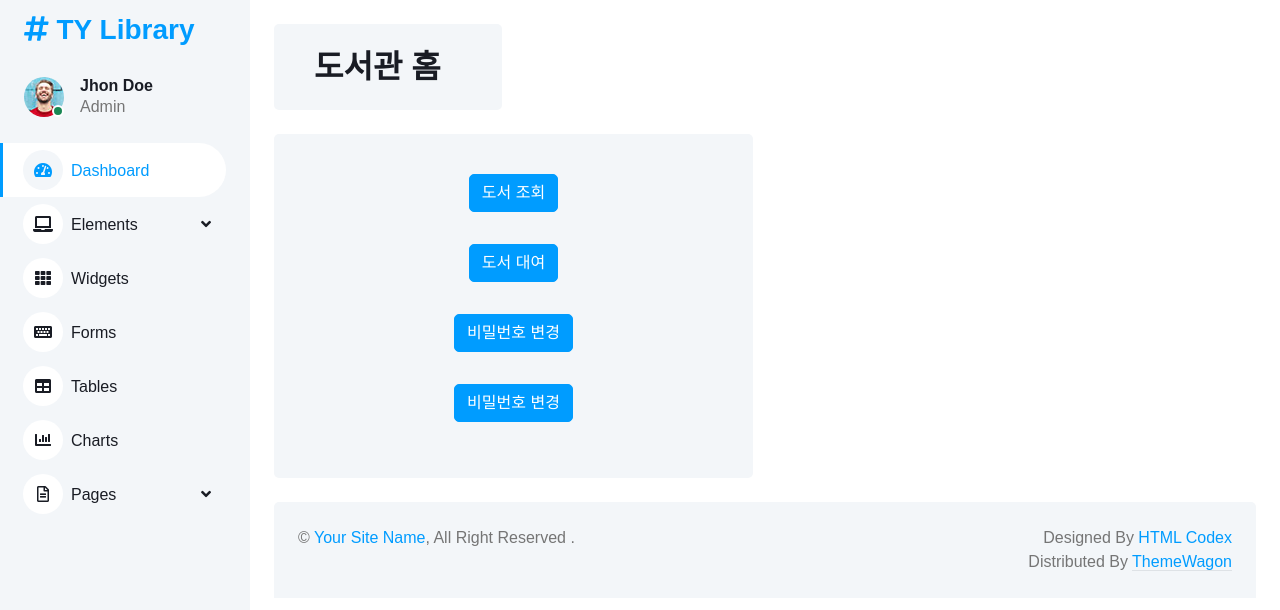
Repository: maryong2/myfirstgitproject
Page: http://localhost/library/WEB-INF/views/admin/user-home.jsp
The author's editor kept a copy of each file at every save. The page is drawn from the files as they stood at one save, then again after the next save.
The browser window is 1280 px wide. The pictures show the whole page.
Some web fonts or font styles are not loaded; a fallback is used. Some web libraries are served in a nearby version. The page is served by Tomcat 9. Nobody is signed in. The template is opened directly, without the code that normally fills it, so the values that code supplies are empty.

Above is the page before, as saved 2023-11-27 02:17:23.
Console error: TypeError: Cannot read properties of undefined (reading 'getContext')

After the next save:
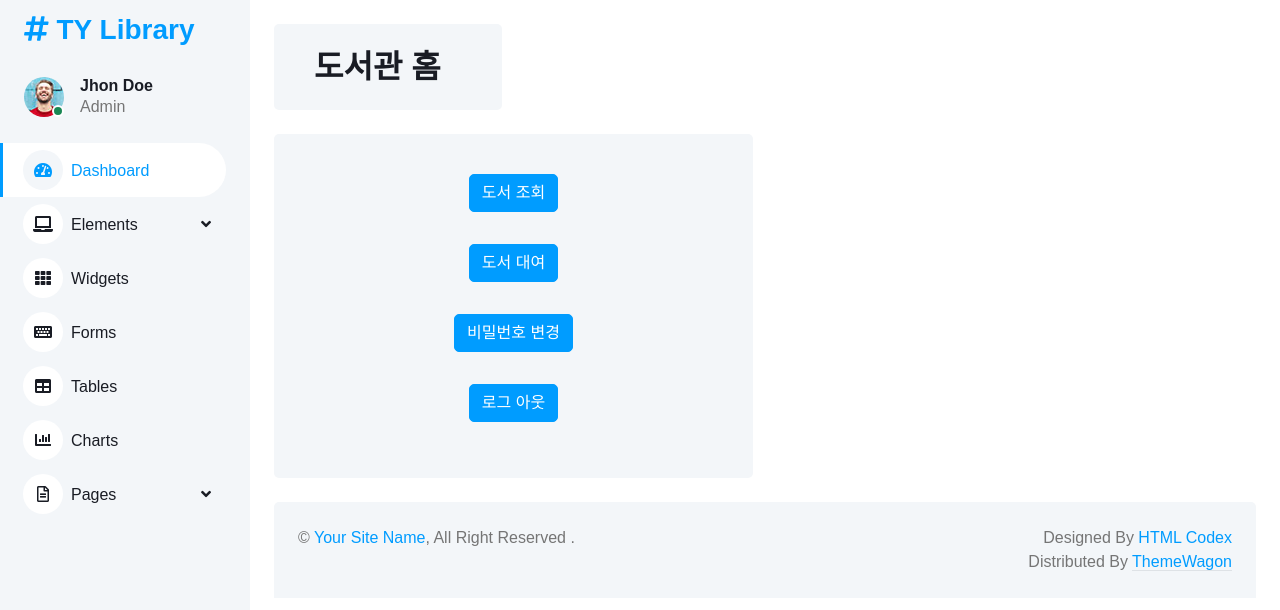
Saved 45 s later.
--- a/library/src/main/webapp/WEB-INF/views/admin/user-home.jsp
+++ b/library/src/main/webapp/WEB-INF/views/admin/user-home.jsp
@@ -176,7 +176,7 @@
 
 										<td>
 											<button type="button" class="btn btn-primary m-2"
-												onclick="go('logout')">비밀번호 변경</button>
+												onclick="go('logout')">로그 아웃</button>
 										</td>
 									</tr>
 								</tbody>
